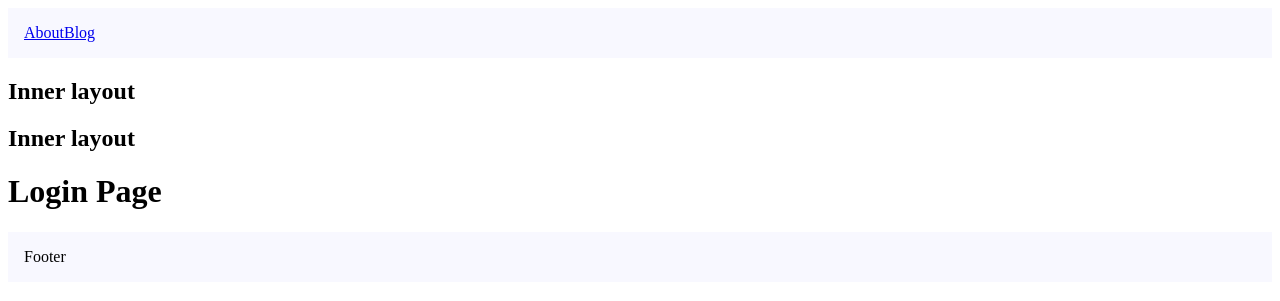
Repository: Mbote-Joseph/Nextjs-Learning
Page: /login
An editor plug-in stored every save of this project. The page is shown before and after the next save, followed by the edit.
The browser window is 1280 px wide. The pictures show the whole page.
The project was rebuilt for these pictures with package versions that can differ from the ones it lists, and the page was loaded fresh each time. The framework's server and built-in components were replaced by stand-ins that run in the browser. Also part of the build but not shown: next.config.mjs, src/app/header.css.

Above is the page before, as saved 2024-09-17 18:01:33.

### src/app/layout.tsx
import { Metadata } from "next"
import Header from "./header"
import Footer from "./footer"

export const metadata: Metadata = {
  title: {
    absolute: "",
    default: "Next.js Tutorial - CodeVolution",
    template: "%s | Learning Next",
  },
  description: 'Generated by Next.js',
}

export default function RootLayout({
  children,
}: {
  children: React.ReactNode
}) {
  return (
    <html lang="en">
      <body>

        <Header />

        {children}

        <Footer/>

        </body>
    </html>
  )
}

### src/app/(auth)/layout.tsx
export default function AuthLayout({
    children,
}: {
    children: React.ReactNode;
}){
    return (
        <div>
            <h2>Inner layout</h2>
            {children}
        </div>
    )
}

### src/app/(auth)/(with-auth-layout)/layout.tsx
export default function AuthLayout({
    children,
}: {
    children: React.ReactNode;
}){
    return (
        <div>
            <h2>Inner layout</h2>
            {children}
        </div>
    )
}

### src/app/(auth)/(with-auth-layout)/login/page.tsx
export default function Login(){
    return <h1>Login Page</h1>
}

### src/app/header.tsx
import Link from 'next/link'
import './header.css'
export default function Header() {
    return (
        <header className="header" style={{
            backgroundColor: "ghostwhite",
            padding: "1rem",
        }}>
            <Link href="/about">About</Link>
            <Link href="/blog">Blog</Link>


        </header>
    )
}

### src/app/footer.tsx
export default function Footer(){
    return (
        <footer style={{
            backgroundColor: "ghostwhite",
            padding: "1rem",
          }}>
            Footer
          </footer>

    )
}

After the next save:
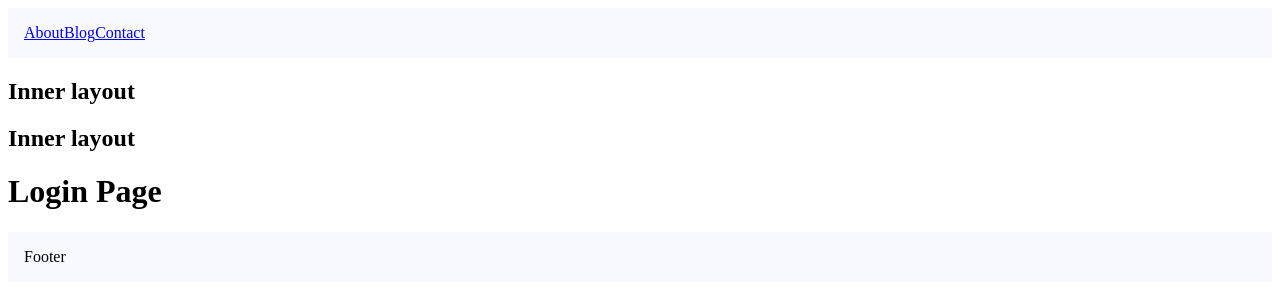
Saved 30 s later.
--- a/src/app/header.tsx
+++ b/src/app/header.tsx
@@ -1,5 +1,6 @@
-import Link from 'next/link'
-import './header.css'
+import Link from 'next/link';
+import './header.css';
+
 export default function Header() {
     return (
         <header className="header" style={{
@@ -8,6 +9,7 @@ export default function Header() {
         }}>
             <Link href="/about">About</Link>
             <Link href="/blog">Blog</Link>
+            <Link href="/contact">Contact</Link>
 
 
         </header>
